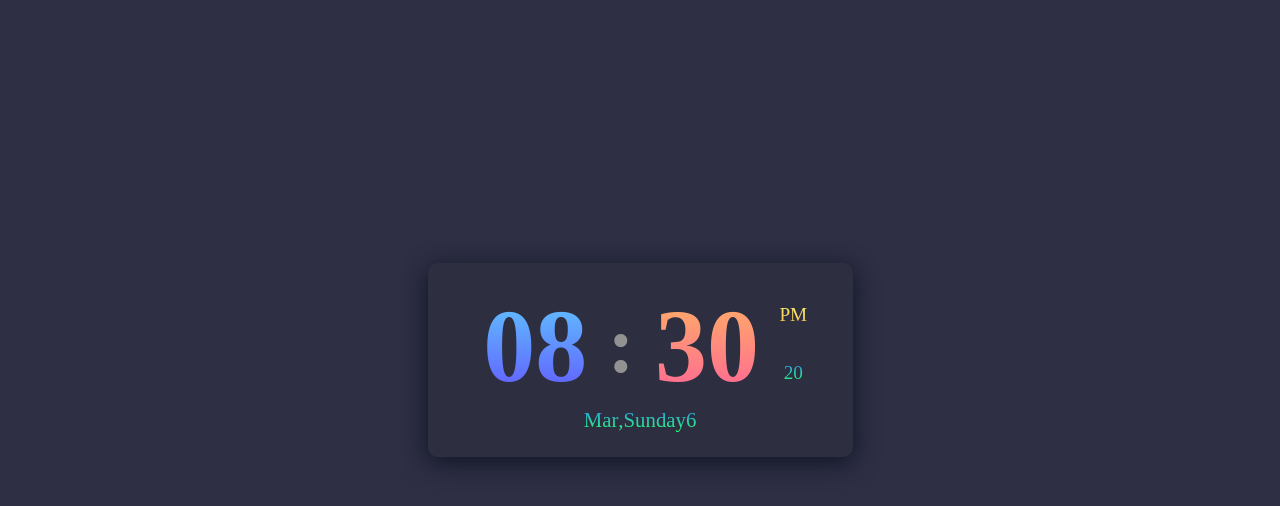
Repository: QUANGTHAI2003/digital-clock
Page: index.html
The author's editor kept a copy of each file at every save. The page is drawn from the files as they stood at one save, then again after the next save.
The browser window is 1280 px wide. The pictures show the whole page.

Above is the page before, as saved 2022-03-26 20:10:53.

### index.html
<!DOCTYPE html>
<html lang="en">
    <head>
        <meta charset="UTF-8" />
        <meta http-equiv="X-UA-Compatible" content="IE=edge" />
        <meta name="viewport" content="width=device-width, initial-scale=1.0" />
        <title>Digital-Clock</title>
        <link rel="stylesheet" href="style.css" />
        <link rel="stylesheet" href="https://unicons.iconscout.com/release/v4.0.0/css/line.css" />
    </head>
    <body>
        <div class="digital-clock">
            <div class="time">
                <span class="hour">08</span>
                <span class="dots">:</span>
                <span class="minutes">30</span>
                <div class="right-side">
                    <span class="period">PM</span>
                    <span class="seconds">20</span>
                </div>
            </div>
            <div class="calendar">
                <span class="month-name">Mar</span>,
                <span class="day-name">Sunday</span>
                <span class="day-number">6</span>
            </div>
        </div>
    </body>
</html>

### style.css
@import url('https://fonts.googleapis.com/css2?family=Poppins:ital,wght@0,100;0,200;0,300;0,400;0,500;0,600;0,700;0,800;0,900;1,100;1,200;1,300;1,400;1,500;1,600;1,700;1,800;1,900&display=swap');

* {
    margin: 0;
    padding: 0;
    box-sizing: border-box;
    font-family: 'Poppins'sans-serif;
}

body {
    min-height: 100vh;
    display: flex;
    justify-content: center;
    align-items: center;
    background: #2e2e44;
}

.digital-clock {
    position: relative;
    color: #fff;
    background: #2d2f41;
    width: 425px;
    padding: 20px 45px;
    box-shadow: 0 5px 25px rgba(14, 21, 37, 08);
    border-radius: 10px;
    display: flex;
    justify-content: center;
    align-items: center;
    flex-direction: column;
}

.time {
    position: relative;
    display: flex;
    justify-content: center;
    align-items: center;
}

.hour,
.dots,
.minutes {
    display: flex;
    justify-content: center;
    align-items: center;
    font-weight: 600;
    padding: 0 10px;
    line-height: 125px;
}

.hour,
.minutes {
    font-size: 6.5em;
    width: 125px;
}

.dots {
    font-size: 5em;
    color: #929292;
}

.hour {
    background: -webkit-linear-gradient(90deg, #634dff, #5fd4ff);
    -webkit-text-fill-color: transparent;
    -webkit-background-clip: text;
}

.minutes {
    background: -webkit-linear-gradient(90deg, #ff5e9a, #ffb960);
    -webkit-text-fill-color: transparent;
    -webkit-background-clip: text;
}

.right-side {
    position: relative;
    display: flex;
    justify-content: center;
    align-items: center;
    flex-direction: column;
    margin-left: 10px;
}

.period,
.seconds {
    font-size: 1.2em;
    font-weight: 500;
}

.period {
    transform: translateY(-20px);
    background: -webkit-linear-gradient(90deg, #f7b63f, #faf879);
    -webkit-text-fill-color: transparent;
    -webkit-background-clip: text;
}

.seconds {
    transform: translateY(16px);
    background: -webkit-linear-gradient(90deg, #24ff6d, #2f93f1);
    -webkit-text-fill-color: transparent;
    -webkit-background-clip: text;
}

.calendar {
    display: flex;
    justify-content: center;
    align-items: center;
    font-size: 1.3em;
    font-weight: 500;
    margin-bottom: 5px;
    background: -webkit-linear-gradient(90deg, #24ff6d, #2f93f1);
    -webkit-text-fill-color: transparent;
    -webkit-background-clip: text;
}

After the next save:
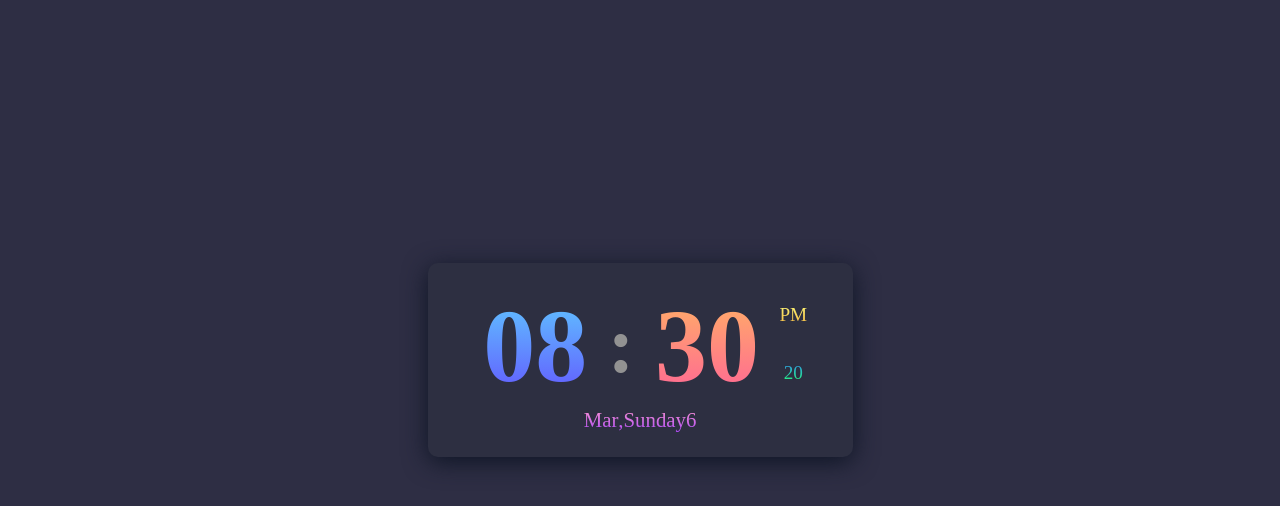
Saved 28 s later.
--- a/style.css
+++ b/style.css
@@ -106,7 +106,7 @@ body {
     font-size: 1.3em;
     font-weight: 500;
     margin-bottom: 5px;
-    background: -webkit-linear-gradient(90deg, #24ff6d, #2f93f1);
+    background: -webkit-linear-gradient(90deg, #ae4af6, #ff98d1);
     -webkit-text-fill-color: transparent;
     -webkit-background-clip: text;
 }
